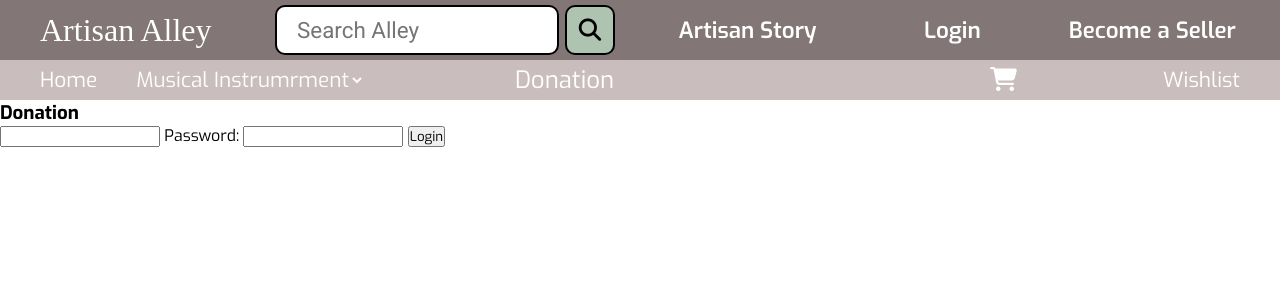
Repository: RingkhangBTY/Bytehacks_Hackathon_Project
Page: donation.html
The author's editor kept a copy of each file at every save. The page is drawn from the files as they stood at one save, then again after a run of saves.
The browser window is 1280 px wide. The pictures show the whole page.
Some web fonts or font styles are not loaded; a fallback is used.

Above is the page before, as saved 2024-11-27 10:25:23.

### donation.html
<!DOCTYPE html>
<html lang="en">
<head>
    <meta charset="UTF-8">
    <meta name="viewport" content="width=device-width, initial-scale=1.0">
    <title>Document</title>
    <link
      rel="stylesheet"
      href="https://cdnjs.cloudflare.com/ajax/libs/font-awesome/6.7.1/css/all.min.css"
      integrity="sha512-5Hs3dF2AEPkpNAR7UiOHba+lRSJNeM2ECkwxUIxC1Q/FLycGTbNapWXB4tP889k5T5Ju8fs4b1P5z/iB4nMfSQ=="
      crossorigin="anonymous"
      referrerpolicy="no-referrer"
    />
    <link rel="stylesheet" href="style.css">
</head>
<body>
    <header>
        <div class="split-div">
            <div class="half half-top">
              <a href="index.html" class="logo">Artisan Alley</a>

              <div class="searchdiv">
                <input
                  type="text"
                  placeholder="Search Alley"
                  class="searchbar"
                  id=""
                />

                <div class="search-icon">
                  <button class="alley-search">
                    <i class="fa-solid fa-magnifying-glass"></i>
                  </button>
                </div>
              </div>

              <div class="artisan-story">
                <a href="artisan-story.html" class="story" id="">Artisan Story</a>
              </div>

              <div class="login-and-seller">
                <a href="login/login.html" class="account-login login" id="">Login</a>
                <a href="" class="seller-login login" id="">Become a Seller</a>
              </div>
            </div>

            <div class="half half-bottom">
              <div class="home-and-categories nav2">
                <a href="index.html" class="home">Home</a>

                <label for="categories"></label>
                <select id="categories" class="categories">
                  <option value="" disabled selected>Categories</option>
                  <option value="" selected>Painting</option>
                  <option value="" selected>Sculpture</option>
                  <option value="" selected>Drawing</option>
                  <option value="" selected>Handcraft</option>
                  <option value="" selected>Musical Instrumrment</option>
                </select>
              </div>

              <div class="donation-container nav2">
                <a class="donation" href="donation.html">Donation</a>
              </div>

              <div class="cart-wishlist nav2">
                <a href="index.html" class="cart" id=""
                  ><i class="fa-solid fa-cart-shopping"></i
                ></a>

                <button class="wishlist" id="">Wishlist</button>
              </div>
            </div>
          </div>
    </header>

    <main>
        <div class="donation-container">
            <!-- <h2>Welcome to </h2> -->
            <form id="donation from">
                <h3>Donation</h3>
                <lab for="donation"></lab>
                <input type="amount" id="text" name="Email">

                <label for="password">Password:</label>
                <input type="password" id="password" name="Password" required>

                <button type="submit">Login</button>
            </form>
        </div>
    </main>
</body>
</html>

### style.css
@import url("https://fonts.googleapis.com/css2?family=Roboto:ital,wght@0,100;0,300;0,400;0,500;0,700;0,900;1,100;1,300;1,400;1,500;1,700;1,900&display=swap");
@import url("https://fonts.googleapis.com/css2?family=Edu+AU+VIC+WA+NT+Pre:wght@400..700&display=swap");
@import url("https://fonts.googleapis.com/css2?family=Exo:ital,wght@0,100..900;1,100..900&display=swap");

* {
  margin: 0;
  padding: 0;
  box-sizing: border-box;
  font-family: Exo;
}

body {
  header {
    .split-div {
      width: 100%;
      height: 30%;

      .half {
        width: 100%;
      }

      .half-top {
        background-color: #827676;
        height: 70%;
        display: flex;
        justify-content: space-between;
        align-items: center;

        .logo {
          text-decoration: none;
          color: white;
          font-size: 2rem;
          font-family: Edu AU VIC WA NT Pre, cursive;
          font-weight: 500;
          margin-left: 40px;
        }

        .searchdiv {
          display: flex;

          .searchbar {
            height: 50px;
            width: 100%;
            border: black 2px solid;
            outline: none;
            border-radius: 10px;
            padding-left: 20px;
            font-size: 1.4rem;
            font-family: Roboto;
            margin-right: 5px;
          }

          .alley-search {
            display: flex;
            justify-content: center;
            align-items: center;
            width: 50px;
            height: 50px;
            background-color: #aec3b0;
            border: 2px black solid;
            margin-left: 1px;
            border-radius: 10px;
            cursor: pointer;

            i {
              color: black;
              font-size: 1.4rem;
            }
          }
        }

        .artisan-story .story{
          color: white;
          font-size: 1.4rem;
          text-decoration: none;
          font-family: Exo;
          font-weight: 600;
        }

        .login-and-seller {
          height: 60px;
          width: 400px;
          display: flex;
          justify-content: space-around;
          align-items: center;
        }

        .login-and-seller .login {
          color: white;
          font-size: 1.4rem;
          text-decoration: none;
          font-family: Exo;
          font-weight: 600;
        }
      }

      .half-bottom {
        background-color: #cabdbd;
        height: 30%;
        display: flex;
        justify-content: space-between;
        align-items: center;

        .nav2 {
          height: 40px;
          width: 250px;
          display: flex;
          justify-content: space-between;
          align-items: center;
          margin-left: 40px;
          margin-right: 40px;

          .home {
            text-decoration: none;
            color: white;
            margin-right: 10%;
            font-size: 1.3rem;
          }

          .categories {
            height: 100%;
            padding-left: 10px;
            text-align: center;
            border: none;
            background: transparent;
            border-radius: 5px;
            outline: none;
            font-size: 1.3rem;
            color: #fdfdfd;
            cursor: pointer;
          }
          .categories option[selected]{
            margin-left: 20px;
            background-color: #e6f7ff;
            color: #2a2828;
          }

          .donation{
            display: block;
            text-decoration: none;
            font-size: 1.5rem;
            color: white;
          }

          .cart {
            text-decoration: none;
            font-size: 1.5rem;
            color: white;
          }

          .wishlist {
            height: 100%;
            border-radius: 5px;
            background: transparent;
            border: none;
            outline: none;
            font-size: 1.3rem;
            color: white;
          }
        }
      }
    }
  }
}

.products{
  display: flex;
  gap: 10px;
  margin: 10px;
}

.left-container,.middle-container,.right-container{
  display: flex;
  border-radius: 5px;
  padding: 5px;
  padding-top: 10px;
  width: auto;
}
.left-container{
  padding-left: 17%;
}
.right-container{
  padding-right: 17%;
}
.grid-layout{
  display: grid;
  grid-template-rows: auto ;
  gap: 10px;
}
.grid-item{
  background-color: antiquewhite;
  border: 1px solid #ccc;
  width: 100%;
  border-radius: 5px;
  text-align: center;
  padding: 10px;
  padding-bottom: 10px;
}
.grid-item img{
  width: 100%;
  height: auto;
  border-radius: 5px;
}
.grid-item p{
  font-size: large;
  font-family: Cambria, Cochin, Georgia, Times, 'Times New Roman', serif;
  margin-bottom: 5%;
}

footer{
  background-color: #827676;
    color: #fff;
    padding: 20px 40px;
    text-align: center;
}

.footer-container{
  display: flex;
  justify-content: space-between;
  flex-wrap: wrap;
    gap: 40px;
    max-width: 1200px;
    margin: 0 auto;
    padding-left: 20%;
    padding-right: 20%;
}

.imfo-container{
  display: flex;
    flex-direction: column;
    align-items: center;
    gap: 10px;
}

.imfo-container h6{
  display: flex;
  flex-direction: column;
  font-size: 1rem;
  line-height: 1.6rem;
  display: flex;
  flex-direction: column;
  align-items: center;
  color: #ddd;
  margin: 10px auto;
}
.imfo-container  p, .imfo-container a{
  font-size: 1rem;
  line-height: 1.6rem;
  color: #ddd;
  text-decoration: none;
  display: block;
}

After the next 3 saves:
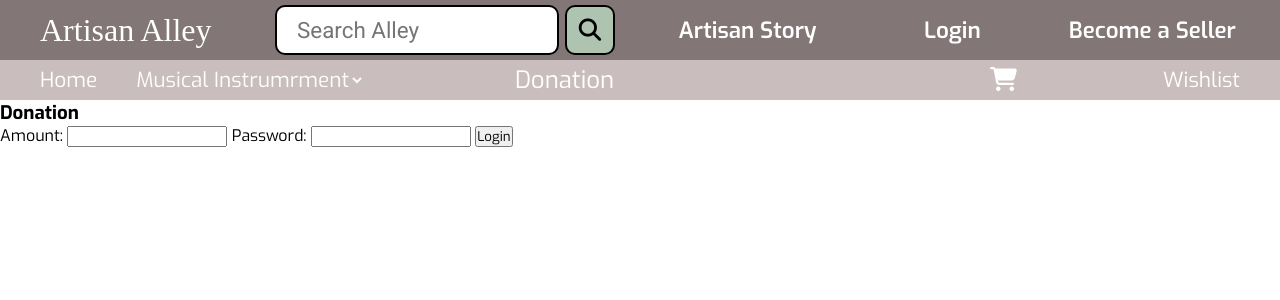
The 3 saves are shown as one change because they came seconds apart.
The last was saved 9 s later.
--- a/donation.html
+++ b/donation.html
@@ -79,7 +79,7 @@
             <!-- <h2>Welcome to </h2> -->
             <form id="donation from">
                 <h3>Donation</h3>
-                <lab for="donation"></lab>
+                <lab for="donation">Amount:</lab>
                 <input type="amount" id="text" name="Email">
 
                 <label for="password">Password:</label>
